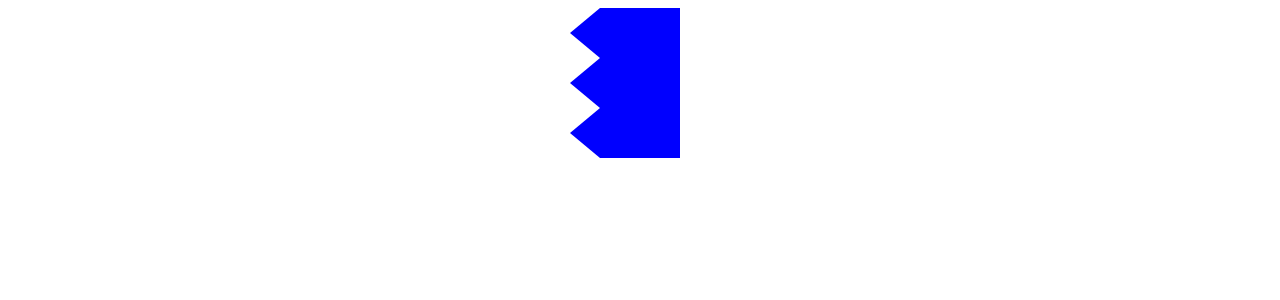
Repository: flylessbird/shop_cart
Page: html/cart.html
These files come from the project's save history. The page is drawn as it stood at one moment and after the next save; the edit follows.
The browser window is 1280 px wide. The pictures show the whole page.

Above is the page before, as saved 2022-05-16 15:46:34.

### html/cart.html
<html lang="en">
  <head>
    <meta charset="UTF-8" />
    <meta http-equiv="X-UA-Compatible" content="IE=edge" />
    <meta name="viewport" content="width=device-width, initial-scale=1.0" />
    <title>Document</title>
    <link rel="stylesheet" href="/css/cart.css">
  </head>
  <body>
    <span class="test"></span>
    <div class="tag">
        <span class="triangle"></span>
        <span class="square"></span>
        </div>
  </body>
</html>

### css/cart.css
span {
  width: 80px;
  height: 50px;
  background: blue;
  display: block;
  margin: auto;
  position: relative;
}

span::before {
  content: "";
  display: block;
  width: 0;
  height: 0;
  border-top: 25px solid transparent;
  border-bottom: 25px solid transparent;
  border-right: 30px solid blue;
  position: absolute;
  right: 100%;
  top: 0;
}

After the next save:
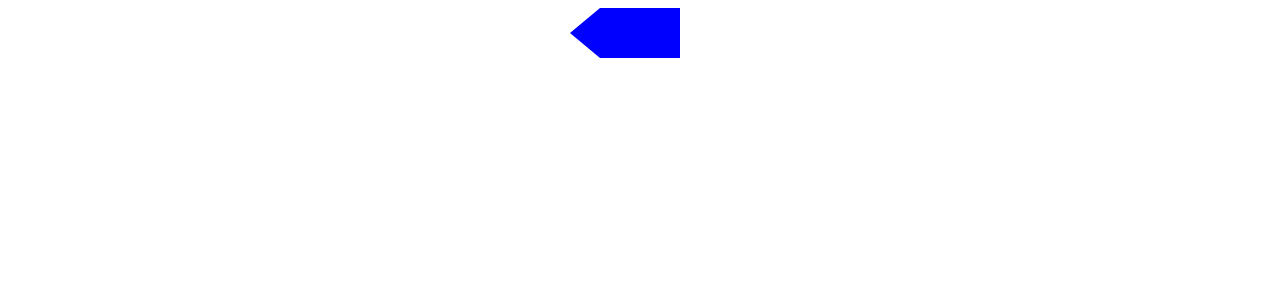
Saved 4 s later.
--- a/css/cart.css
+++ b/css/cart.css
@@ -1,4 +1,4 @@
-span {
+span.test {
   width: 80px;
   height: 50px;
   background: blue;
